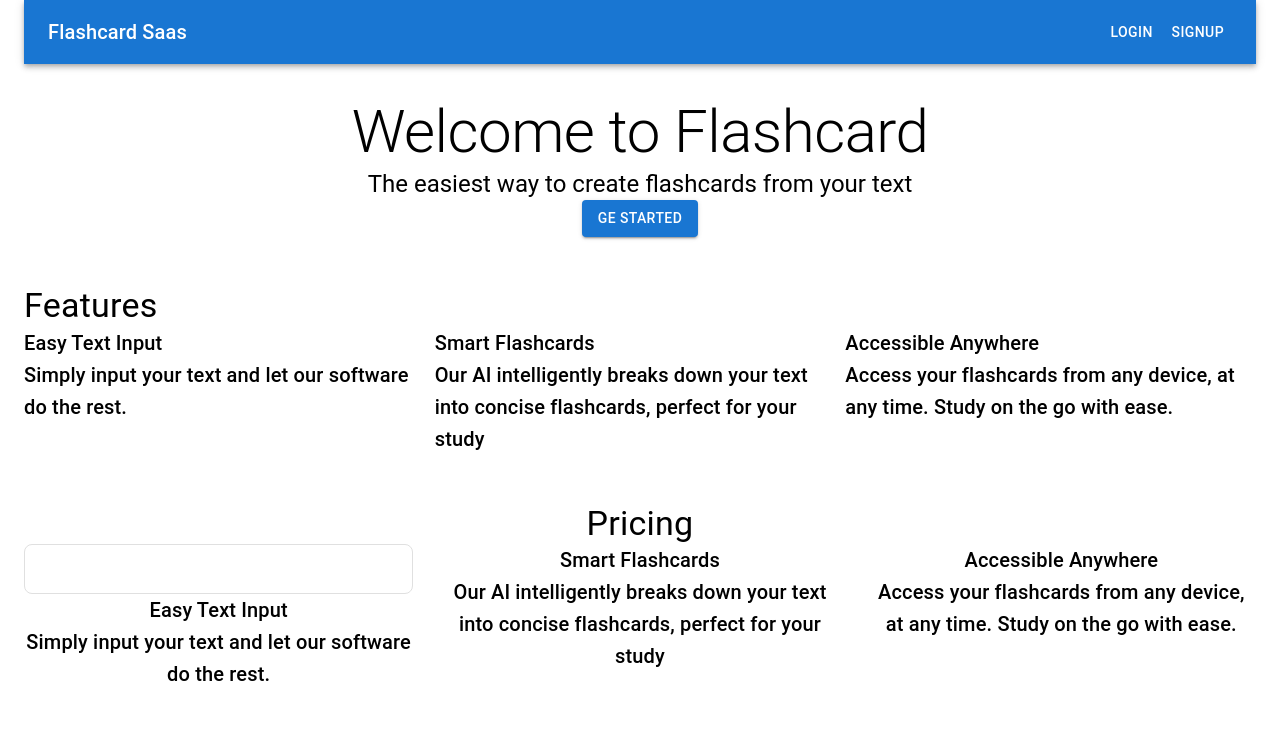
Repository: rakeshpuppala2590/AI-Flashcards-Stripe
Page: /
These files come from the project's save history. The page is drawn as it stood at one moment and after the next save; the edit follows.
The browser window is 1280 px wide. The pictures show the whole page.
The page's requests for data from a server got no answer. The project was rebuilt for these pictures with package versions that can differ from the ones it lists, and the page was loaded fresh each time. Some packages were replaced by stand-ins written for this rebuild. The framework's server and built-in components were replaced by stand-ins that run in the browser. No one was signed in, and anything a server would have sent is missing. Also part of the build but not shown: next.config.mjs.

Above is the page before, as saved 2024-08-12 15:04:02.

After the next save:
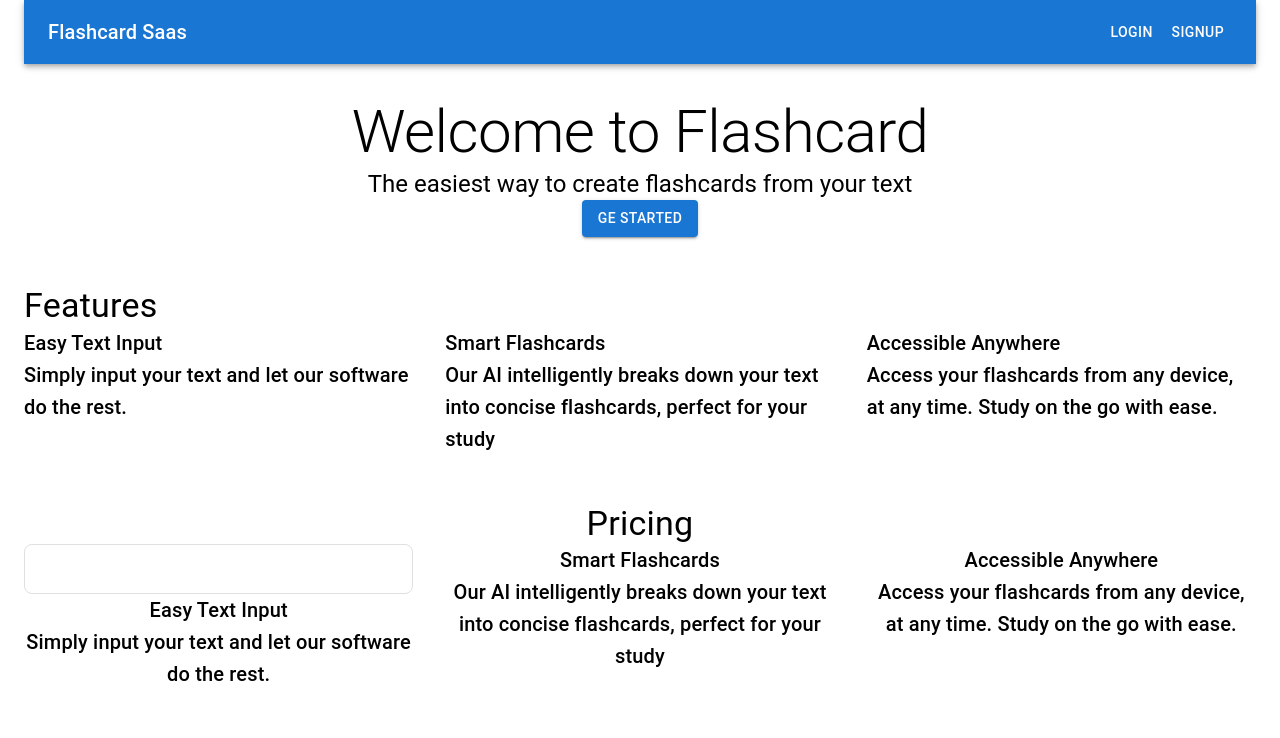
Saved 54 s later.
--- a/src/app/page.js
+++ b/src/app/page.js
@@ -54,7 +54,7 @@ export default function Home() {
       </Box>
       <Box sx={{ my: 6 }}>
         <Typography variant="h4">Features</Typography>
-        <Grid container>
+        <Grid container spacing={4}>
           <Grid item xs={12} md={4}>
             {" "}
             <Typography variant="h6">Easy Text Input</Typography>
